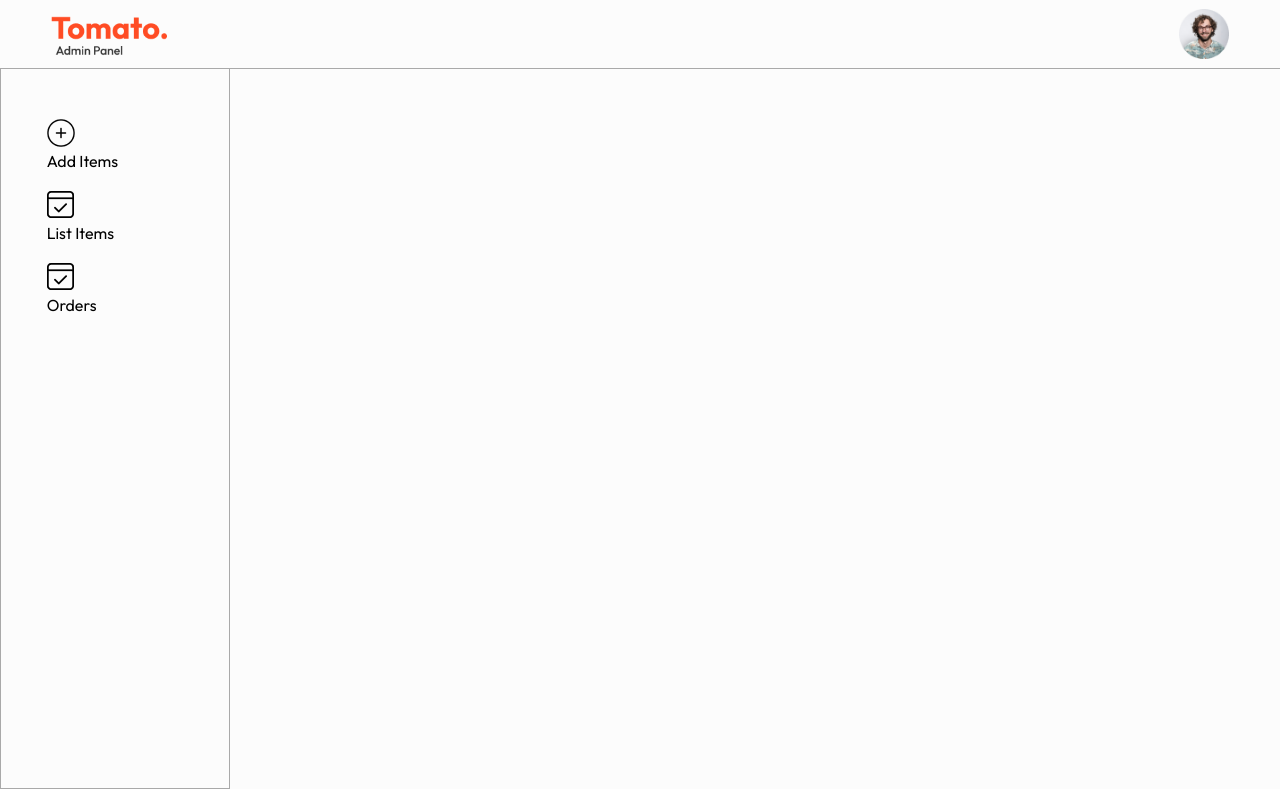
Repository: andrei-nagy/food-del---to-deploy
Page: /list (app in admin/)
These files come from the project's save history. The page is drawn as it stood at one moment and after the next save; the edit follows.
The browser window is 1280 px wide. The pictures show the whole page.
The project was rebuilt for these pictures with package versions that can differ from the ones it lists, and the page was loaded fresh each time. Also part of the build but not shown: admin/vite.config.js.

Above is the page before, as saved 2024-09-24 21:11:54.

### admin/src/main.jsx

import React from 'react'
import ReactDOM  from 'react-dom/client'
import App from './App.jsx'
import './index.css'
import{BrowserRouter} from "react-router-dom"


ReactDOM.createRoot(document.getElementById('root')).render(
  <BrowserRouter>
  <App></App>
  </BrowserRouter>

)

### admin/src/App.jsx
import React from 'react'
import Navbar from './components/Navbar/Navbar'
import Sidebar from './components/Sidebar/Sidebar'

const App = () => {
  return (
    <div>
        <Navbar></Navbar>
        <hr></hr>
        <div className="app-content">
            <Sidebar/>
        </div>
    </div>
  )
}

export default App

### admin/src/index.css
@import url('https://fonts.googleapis.com/css2?family=Outfit:wght@100..900&display=swap');


*{
  padding: 0px;
  margin: 0px;
  box-sizing: border-box;
  font-family: Outfit;
}

body{
  min-height: 100vh;
  background-color: #fcfcfc;
}

a{
  text-decoration: none;
  color:inherit;
}

hr{
  border: none;
  height: 1px;
  background-color: #a9a9a9;
}

.app-content{
  display: flex;
}

### admin/src/components/Navbar/Navbar.jsx
import React from 'react'
import './Navbar.css'
import {assets} from '../../assets/assets'

const Navbar = () => {
    return (
        <div className="navbar">
            <img className="logo" src={assets.logo} alt="" />
            <img src={assets.profile_image} alt="" className="profile" />
        </div>
    )
}

export default Navbar

### admin/src/components/Sidebar/Sidebar.jsx
import React from 'react'
import './Sidebar.css'
import { assets } from '../../assets/assets'
const Sidebar = () => {
  return (
    <div className="sidebar">
        <div className="sidebar-options">
            <div className="sidebar-option">
                <img src={assets.add_icon} alt="" />
                <p>Add Items</p>
            </div>
            <div className="sidebar-option">
                <img src={assets.order_icon} alt="" />
                <p>List Items</p>
            </div>
            <div className="sidebar-option">
                <img src={assets.order_icon} alt="" />
                <p>Orders</p>
            </div>
        </div>
    </div>
  )
}

export default Sidebar

### admin/src/components/Navbar/Navbar.css
.navbar {
    display: flex;
    justify-content: space-between;
    align-items: center;
    padding: 8px 4%;
}

.navbar .logo{
    width: max(10%, 80px);
}

.navbar .profile {
    width: 50px;
}

### admin/src/components/Sidebar/Sidebar.css
.sidebar{
    width: 18%;
    min-height: 100vh;
    border: 1.5px solid #a9a9a9;
    border-top: 0;
}

.sidebar-options{
padding-top: 50px;
padding-left: 20%;
display: flex;
flex-direction: column;
gap: 20px;
}
.sidebar-option{

}

Loaded but not shown: admin/index.html (common file); admin/src/assets/assets.js (common file)

After the next save:
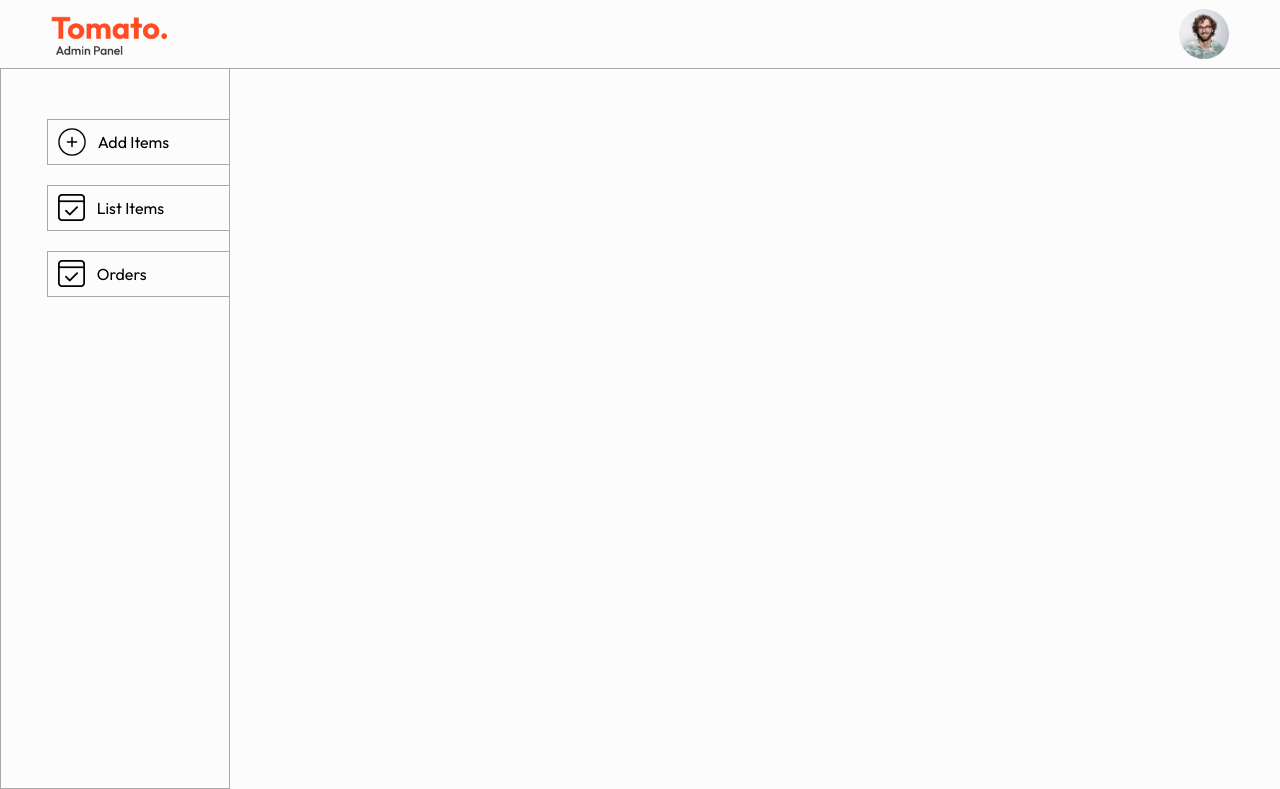
Saved 44 s later.
--- a/admin/src/components/Sidebar/Sidebar.css
+++ b/admin/src/components/Sidebar/Sidebar.css
@@ -12,6 +12,12 @@ display: flex;
 flex-direction: column;
 gap: 20px;
 }
+
 .sidebar-option{
-
+    display: flex;
+    align-items: center;
+    gap: 12px;
+    border: 1px solid #a9a9a9;
+    border-right: 0;
+    padding: 8px 10px;
 }
